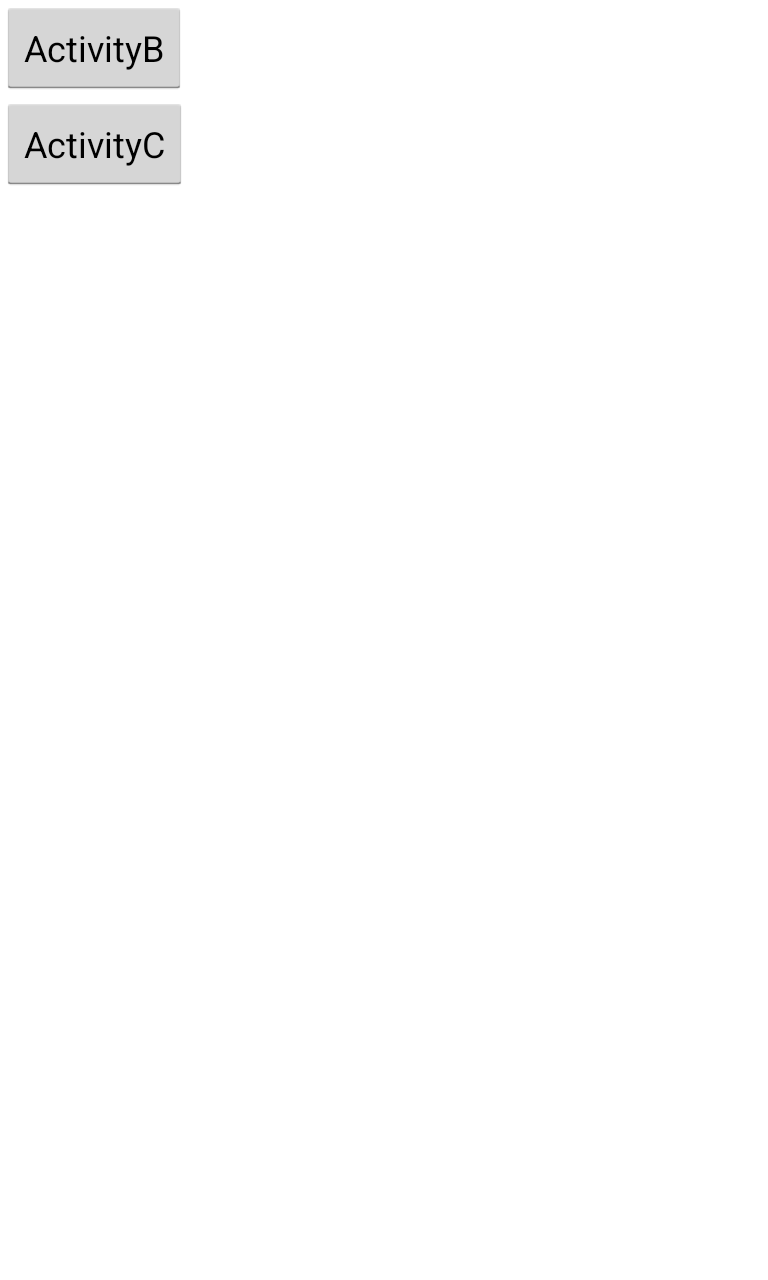
Repository: iracom/ejercicios-android
Layout: CicloDeVida/res/layout/activity_main.xml
An editor plug-in stored every save of this project. The layout is shown before and after the next save, followed by the edit.
It is drawn on a 768 x 1280 px phone screen (xhdpi) without system bars, with theme AppTheme; the app's code is not run.

Above is the layout before, as saved 2014-05-06 07:57:10.

After the next save:
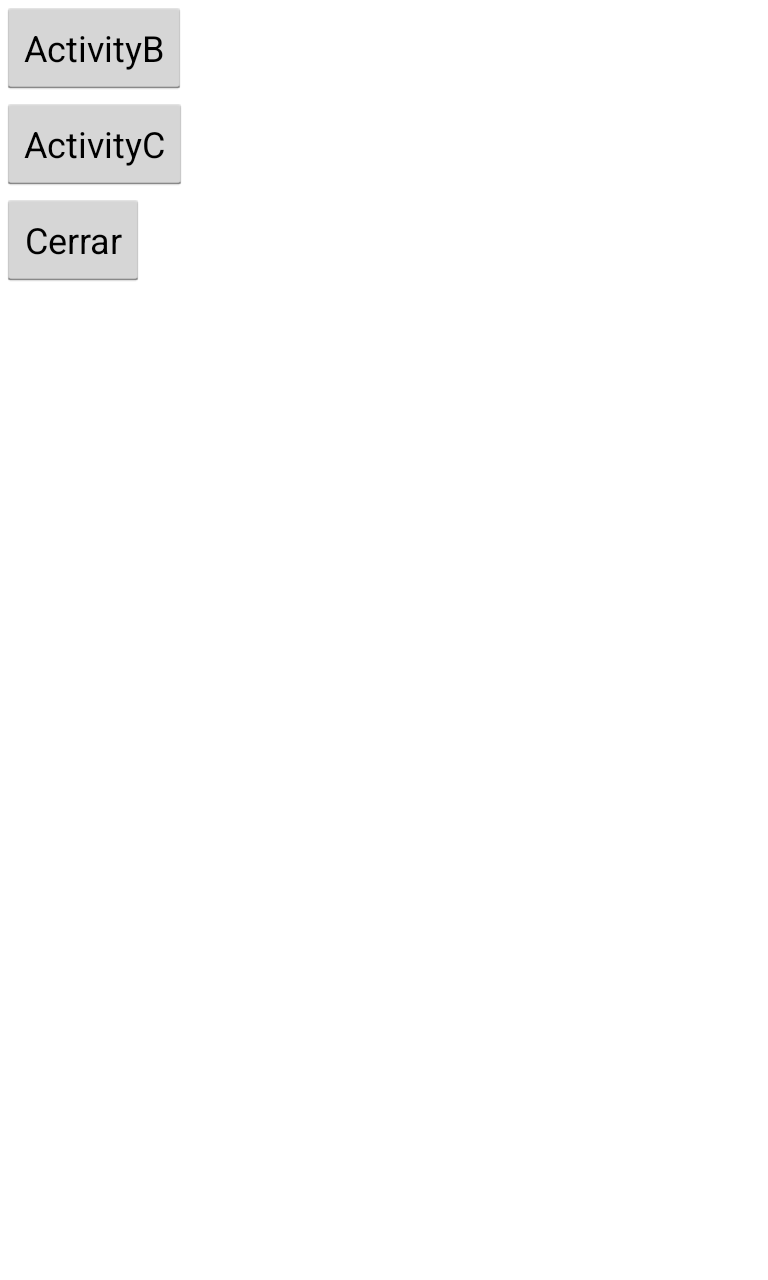
Saved 40 s later.
--- a/CicloDeVida/res/layout/activity_main.xml
+++ b/CicloDeVida/res/layout/activity_main.xml
@@ -19,4 +19,10 @@
         android:layout_height="wrap_content"
         android:text="@string/boton_c" />
 
+    <Button
+        android:id="@+id/button3"
+        android:layout_width="wrap_content"
+        android:layout_height="wrap_content"
+        android:text="@string/boton_cerrar" />
+
 </LinearLayout>
